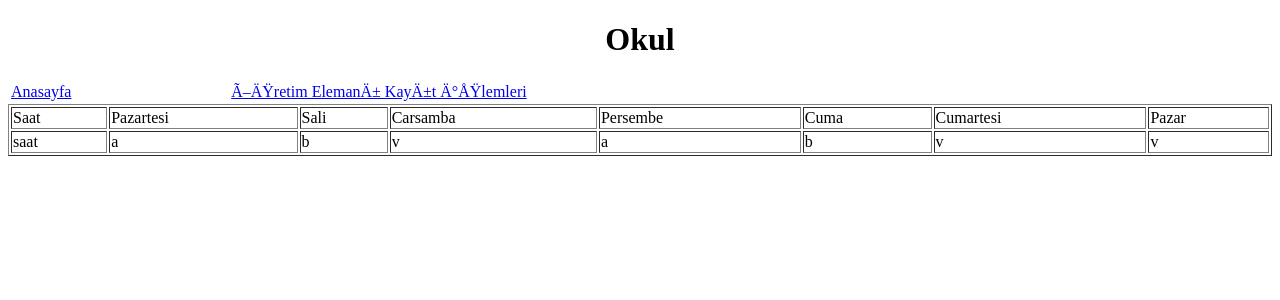
Repository: Egemen-ve-Burakhan-internet-final/final
Page: http://localhost/ogretim/
These files come from the project's save history. The page is drawn as it stood at one moment and after the next save; the edit follows.
The browser window is 1280 px wide. The pictures show the whole page.
The page is served by Tomcat 9. Other server files are loaded and not shown.

Above is the page before, as saved 2020-05-25 14:03:30.

### okul/ogretim/WebContent/index.jsp
<%@ page language="java" contentType="text/html; charset=ISO-8859-1"
    pageEncoding="ISO-8859-1"%>
<!DOCTYPE html>
<html>
<head>
<meta charset="ISO-8859-1">
<title>Insert title here</title>
</head>
<body>
	<div>
		<div>
			<h1 style="text-align:center">Okul</h1>
		</div>

		<div>
			<table width="100%">
				<tr>
					<td><a href="#">Anasayfa</a></td>
					<td><a href="#">Öğretim Elemanı Kayıt İşlemleri</a></td>
				</tr>
			</table>
		</div>

		<div>
			<table border = 1px; align = center width=100%>
				<tr>
					<td>Saat</td>
					<td>Pazartesi</td>
					<td>Sali</td>
					<td>Carsamba</td>
					<td>Persembe</td>
					<td>Cuma</td>
					<td>Cumartesi</td>
					<td>Pazar</td>
				</tr>
				<tr>
					<td>saat</td>
					<td>a</td>
					<td>b</td>
					<td>v</td>
					<td>a</td>
					<td>b</td>
					<td>v</td>
					<td>v</td>
				</tr>
			</table>
		</div>

	</div>
</body>
</html>

After the next save:
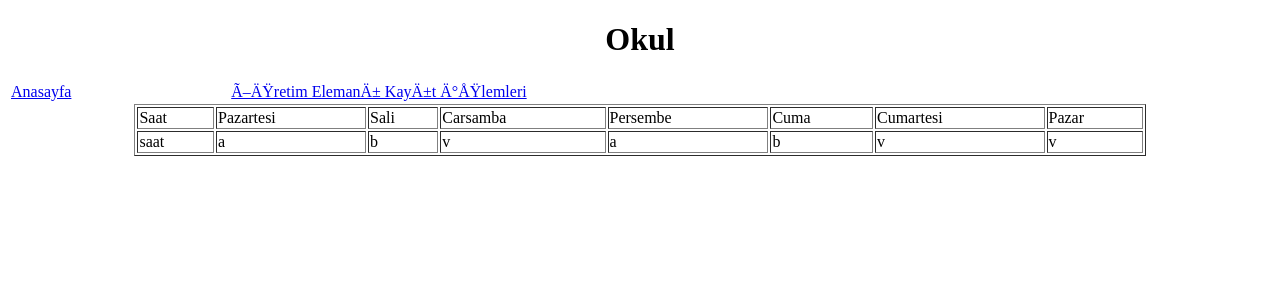
Saved 6 s later.
--- a/okul/ogretim/WebContent/index.jsp
+++ b/okul/ogretim/WebContent/index.jsp
@@ -22,7 +22,7 @@
 		</div>
 
 		<div>
-			<table border = 1px; align = center width=100%>
+			<table border = 1px; align = center width=80%>
 				<tr>
 					<td>Saat</td>
 					<td>Pazartesi</td>
